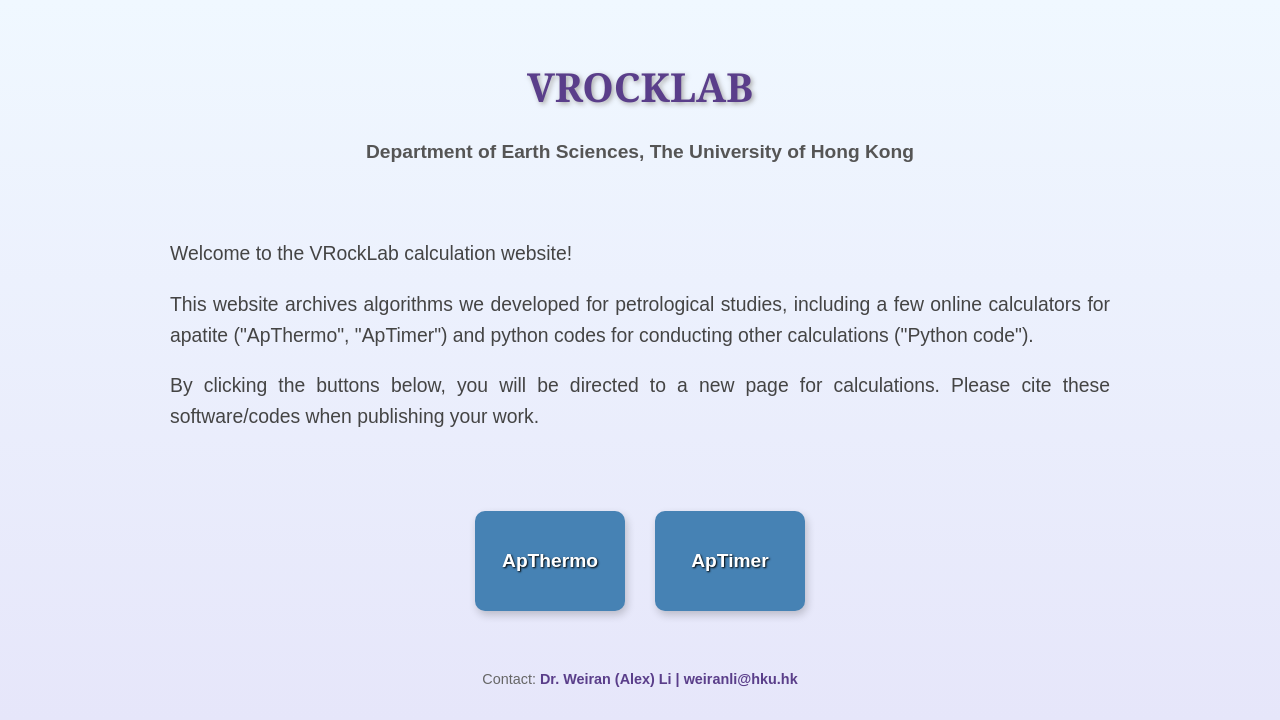
Repository: Abyss2019/home_page
Page: index.html
The author's editor kept a copy of each file at every save. The page is drawn from the files as they stood at one save, then again after the next save.
The browser window is 1280 px wide. The pictures show the whole page.

Above is the page before, as saved 2025-04-06 10:27:54.

After the next save:
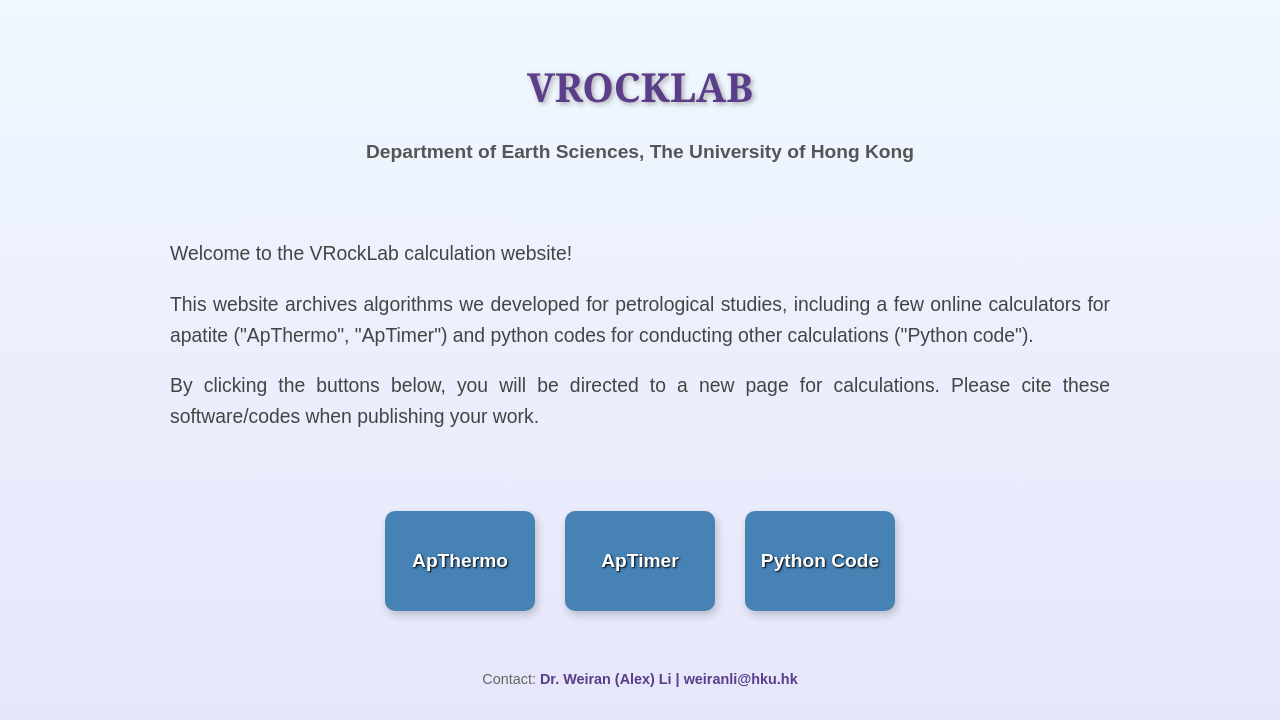
Saved 7 s later.
--- a/index.html
+++ b/index.html
@@ -116,7 +116,7 @@
     <div class="buttons-container">
         <a href="https://vrocklab.hku.hk/ApThermo/" target="_blank" class="button">ApThermo</a>
         <a href="https://vrocklab.hku.hk/ApTimer/" target="_blank" class="button">ApTimer</a>
-
+        <a href="https://vrocklab.hku.hk/python-code/" target="_blank" class="button">Python Code</a>
     </div>
 
     <footer>
